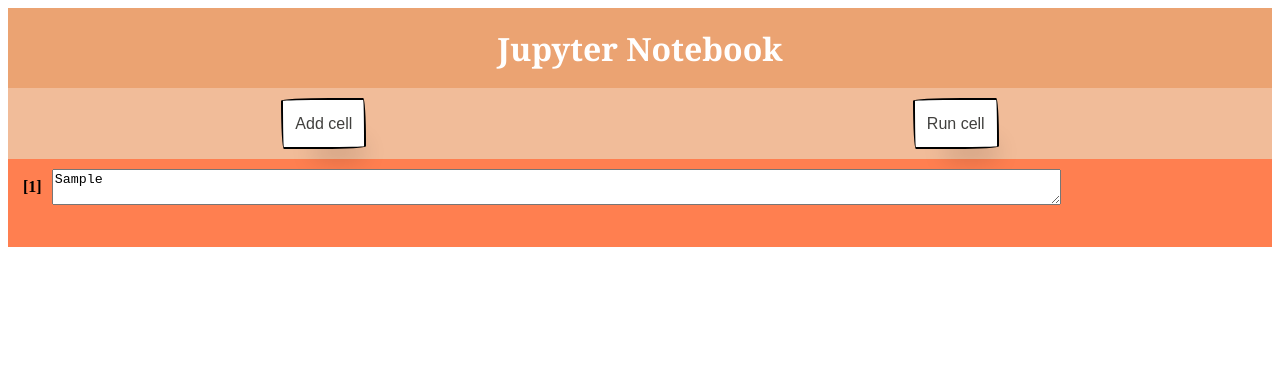
Repository: lingzi-liu/jupyter_notebook_prototype
Page: http://localhost/
The author's editor kept a copy of each file at every save. The page is drawn from the files as they stood at one save, then again after the next save.
The browser window is 1280 px wide. The pictures show the whole page.
Empty fields were first filled with sample values (such as "Sample", 5 or name@example.com).
After loading, the first visible `#addCellButton` was clicked once.
The page is served by the project's application, run on Flask 3 (app.py).

Above is the page before, as saved 2022-11-13 03:28:22.
Console error: TypeError: Cannot read properties of null (reading 'insertAdjacentHTML')

After the next save:
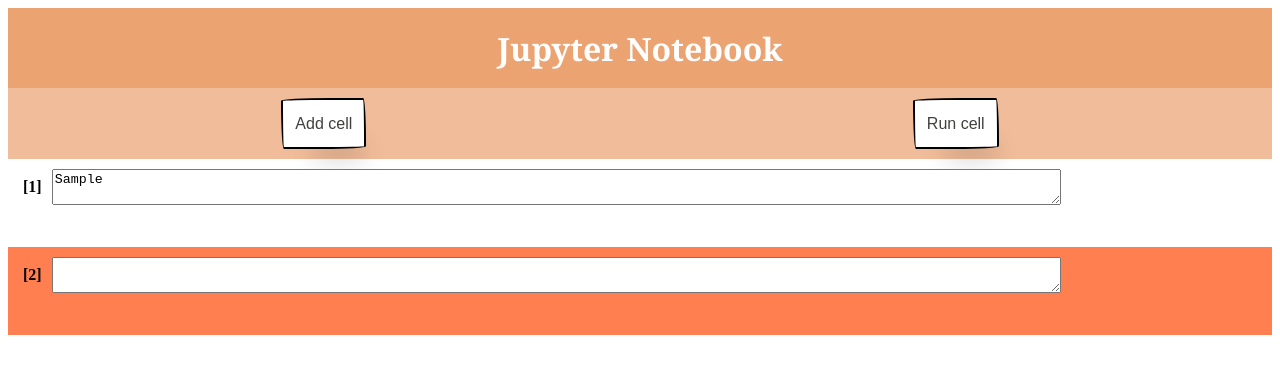
The error is gone.
Saved 20 s later.
--- a/static/scripts/script.js
+++ b/static/scripts/script.js
@@ -19,7 +19,7 @@
 
 function selecteCell(cell) {
     if (selectedCellNumber) {
-        document.getElementById(selectedCellNumber).style.backgroundColor = "rgba(228, 126, 58, 0.575)";
+        document.getElementById(selectedCellNumber).style.backgroundColor = "white";
     }
     selectedCellNumber = cell.id;
     document.getElementById(selectedCellNumber).style.backgroundColor = "coral";
@@ -32,12 +32,11 @@
 function addCell() {
     maxCellNumber++;
     cellList = document.getElementById("cellList");
-
-    cellList.insertAdjacentHTML('beforeend',
+    document.getElementById("cell-list").insertAdjacentHTML('beforeend',
         `<div class="cell" id="${maxCellNumber}" onclick="selecteCell(this)">
-            <h4>[${maxCellNumber}]</h4>
-            <textarea onkeyup="do_resize(this);"></textarea>
-            <p></p>
+    <h4>[${maxCellNumber}]</h4>
+    <textarea onkeyup="do_resize(this);"></textarea>
+    <p></p>
     </div>`);
     selecteCell(document.getElementById(maxCellNumber));
 }
